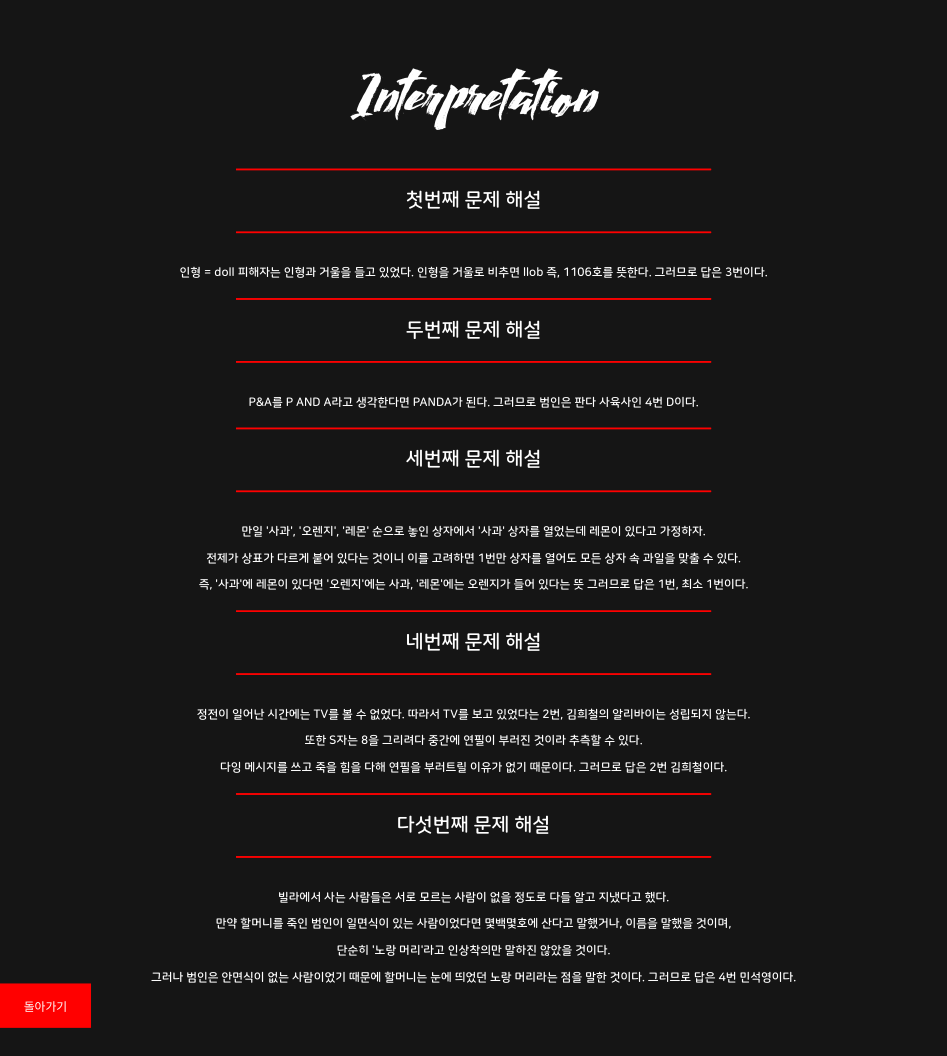
Repository: minkyung0421/Event_Project
Page: http://localhost/Event/inter.jsp
An editor plug-in stored every save of this project. The page is shown before and after the next save, followed by the edit.
The browser window is 1280 px wide. The pictures show the whole page, at 74% of full size.
The page is served by Tomcat 9.

Above is the page before, as saved 2018-09-04 20:00:08.

### Event_Project/Event/WebContent/inter.jsp
<%@ page language="java" contentType="text/html; charset=UTF-8"
    pageEncoding="UTF-8"%>
<!DOCTYPE html PUBLIC "-//W3C//DTD HTML 4.01 Transitional//EN" "http://www.w3.org/TR/html4/loose.dtd">
<html>
<head>
<meta http-equiv="Content-Type" content="text/html; charset=UTF-8">
<title>EVENT</title>
</head>
<style>
@font-face{
	font-family: 'Calligraphy Personal Use'; src:url('font/Calligraphy Personal Use.ttf');
}
@font-face{font-family:'NANUMSQUAREROUNDL'; src:url('font/NANUMSQUAREROUNDL.TTF')}
@font-face{font-family:'NANUMSQUAREROUNDB'; src:url('font/NANUMSQUAREROUNDB.TTF')}
body{
	margin:0px;
	padding:0px;
	font-family:'NANUMSQUAREROUNDB';
	background-color: #151515;
	color: white;
}
button{
  background:red;
  color:#fff;
  border:none;
  position:relative;
  margin-right: 3%;
  margin-bottom: 3%;
  height:60px;
  font-size:1em;
  padding:0 2em;
  cursor:pointer;
  transition:800ms ease all;
  outline:none;
}
button:hover{
  background:white;
  color:#151515;
}
button:before,button:after{
  content:'';
  position:absolute;
  top:0;
  right:0;
  height:2px;
  width:0;
  background: red;
  transition:400ms ease all;
}
button:after{
  right:inherit;
  top:inherit;
  left:0;
  bottom:0;
}
button:hover:before,button:hover:after{
  width:100%;
  transition:800ms ease all;
}

</style>
<body>
<center><div style = "font-family: Calligraphy Personal Use; font-size: 90pt; margin-top:5%">Interpretation</div></center>
<center>
		<br><br>
		<hr color="red" style = "width: 50%">
		<br>
		<div style = "font-size: 20pt;">첫번째 문제 해설</div>
		<br>
		<hr color="red" style = "width: 50%">
		<br>
		<br>
		인형 = doll 피해자는 인형과 거울을 들고 있었다. 인형을 거울로 비추면 llob 즉, 1106호를 뜻한다. 그러므로 답은 3번이다.

		<br><br>
		<hr color="red" style = "width: 50%">
		<br>
		<div style = "font-size: 20pt;">두번째 문제 해설</div>
		<br>
		<hr color="red" style = "width: 50%">
		<br>
		<br>
		P&A를 P AND A라고 생각한다면 PANDA가 된다. 그러므로 범인은 판다 사육사인 4번 D이다.

		<br><br>
		<hr color="red" style = "width: 50%">
		<br>
		<div style = "font-size: 20pt;">세번째 문제 해설</div>
		<br>
		<hr color="red" style = "width: 50%">
		<br>
		<br>
		만일 '사과', '오렌지', '레몬' 순으로 놓인 상자에서 '사과' 상자를 열었는데 레몬이 있다고 가정하자.<br><br>
		전제가 상표가 다르게 붙어 있다는 것이니 이를 고려하면 1번만 상자를 열어도 모든 상자 속 과일을 맞출 수 있다.<br><br>
		즉, '사과'에 레몬이 있다면 '오렌지'에는 사과, '레몬'에는 오렌지가 들어 있다는 뜻 그러므로 답은 1번, 최소 1번이다.

		<br><br>
		<hr color="red" style = "width: 50%">
		<br>
		<div style = "font-size: 20pt;">네번째 문제 해설</div>
		<br>
		<hr color="red" style = "width: 50%">
		<br>
		<br>
		정전이 일어난 시간에는 TV를 볼 수 없었다. 따라서 TV를 보고 있었다는 2번, 김희철의 알리바이는 성립되지 않는다.<br><br>
		또한 S자는 8을 그리려다 중간에 연필이 부러진 것이라 추측할 수 있다.<br><br>
		다잉 메시지를 쓰고 죽을 힘을 다해 연필을 부러트릴 이유가 없기 때문이다. 그러므로 답은 2번 김희철이다.

		<br><br>
		<hr color="red" style = "width: 50%">
		<br>
		<div style = "font-size: 20pt;">다섯번째 문제 해설</div>
		<br>
		<hr color="red" style = "width: 50%">
		<br>
		<br>
		빌라에서 사는 사람들은 서로 모르는 사람이 없을 정도로 다들 알고 지냈다고 했다.<br><br>
		만약 할머니를 죽인 범인이 일면식이 있는 사람이었다면 몇백몇호에 산다고 말했거나, 이름을 말했을 것이며,<br><br>
		단순히 '노랑 머리'라고 인상착의만 말하진 않았을 것이다.<br><br>
		그러나 범인은 안면식이 없는 사람이었기 때문에 할머니는 눈에 띄었던 노랑 머리라는 점을 말한 것이다. 그러므로 답은 4번 민석영이다.
</center>
<button name = "button" onClick='window.close()'>돌아가기</button>
</body>
</html>

After the next save:
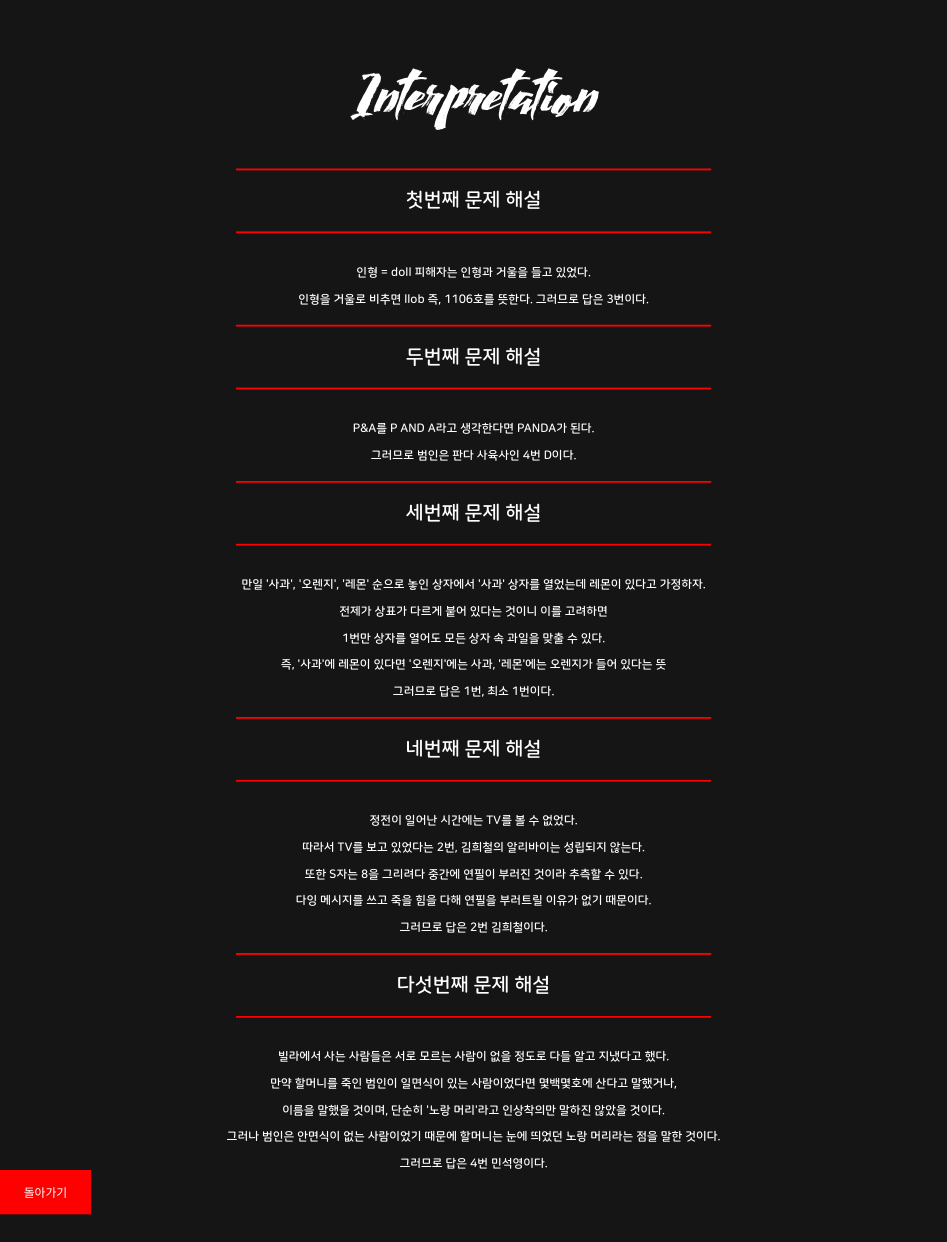
Saved 2 min 2 s later.
--- a/Event_Project/Event/WebContent/inter.jsp
+++ b/Event_Project/Event/WebContent/inter.jsp
@@ -70,7 +70,7 @@ button:hover:before,button:hover:after{
 		<hr color="red" style = "width: 50%">
 		<br>
 		<br>
-		인형 = doll 피해자는 인형과 거울을 들고 있었다. 인형을 거울로 비추면 llob 즉, 1106호를 뜻한다. 그러므로 답은 3번이다.
+		인형 = doll 피해자는 인형과 거울을 들고 있었다.<br><br> 인형을 거울로 비추면 llob 즉, 1106호를 뜻한다. 그러므로 답은 3번이다.
 
 		<br><br>
 		<hr color="red" style = "width: 50%">
@@ -80,7 +80,7 @@ button:hover:before,button:hover:after{
 		<hr color="red" style = "width: 50%">
 		<br>
 		<br>
-		P&A를 P AND A라고 생각한다면 PANDA가 된다. 그러므로 범인은 판다 사육사인 4번 D이다.
+		P&A를 P AND A라고 생각한다면 PANDA가 된다. <br><br>그러므로 범인은 판다 사육사인 4번 D이다.
 
 		<br><br>
 		<hr color="red" style = "width: 50%">
@@ -91,8 +91,8 @@ button:hover:before,button:hover:after{
 		<br>
 		<br>
 		만일 '사과', '오렌지', '레몬' 순으로 놓인 상자에서 '사과' 상자를 열었는데 레몬이 있다고 가정하자.<br><br>
-		전제가 상표가 다르게 붙어 있다는 것이니 이를 고려하면 1번만 상자를 열어도 모든 상자 속 과일을 맞출 수 있다.<br><br>
-		즉, '사과'에 레몬이 있다면 '오렌지'에는 사과, '레몬'에는 오렌지가 들어 있다는 뜻 그러므로 답은 1번, 최소 1번이다.
+		전제가 상표가 다르게 붙어 있다는 것이니 이를 고려하면 <br><br>1번만 상자를 열어도 모든 상자 속 과일을 맞출 수 있다.<br><br>
+		즉, '사과'에 레몬이 있다면 '오렌지'에는 사과, '레몬'에는 오렌지가 들어 있다는 뜻 <br><br>그러므로 답은 1번, 최소 1번이다.
 
 		<br><br>
 		<hr color="red" style = "width: 50%">
@@ -102,9 +102,9 @@ button:hover:before,button:hover:after{
 		<hr color="red" style = "width: 50%">
 		<br>
 		<br>
-		정전이 일어난 시간에는 TV를 볼 수 없었다. 따라서 TV를 보고 있었다는 2번, 김희철의 알리바이는 성립되지 않는다.<br><br>
+		정전이 일어난 시간에는 TV를 볼 수 없었다. <br><br>따라서 TV를 보고 있었다는 2번, 김희철의 알리바이는 성립되지 않는다.<br><br>
 		또한 S자는 8을 그리려다 중간에 연필이 부러진 것이라 추측할 수 있다.<br><br>
-		다잉 메시지를 쓰고 죽을 힘을 다해 연필을 부러트릴 이유가 없기 때문이다. 그러므로 답은 2번 김희철이다.
+		다잉 메시지를 쓰고 죽을 힘을 다해 연필을 부러트릴 이유가 없기 때문이다.<br><br> 그러므로 답은 2번 김희철이다.
 
 		<br><br>
 		<hr color="red" style = "width: 50%">
@@ -115,9 +115,9 @@ button:hover:before,button:hover:after{
 		<br>
 		<br>
 		빌라에서 사는 사람들은 서로 모르는 사람이 없을 정도로 다들 알고 지냈다고 했다.<br><br>
-		만약 할머니를 죽인 범인이 일면식이 있는 사람이었다면 몇백몇호에 산다고 말했거나, 이름을 말했을 것이며,<br><br>
+		만약 할머니를 죽인 범인이 일면식이 있는 사람이었다면 몇백몇호에 산다고 말했거나,<br><br> 이름을 말했을 것이며,
 		단순히 '노랑 머리'라고 인상착의만 말하진 않았을 것이다.<br><br>
-		그러나 범인은 안면식이 없는 사람이었기 때문에 할머니는 눈에 띄었던 노랑 머리라는 점을 말한 것이다. 그러므로 답은 4번 민석영이다.
+		그러나 범인은 안면식이 없는 사람이었기 때문에 할머니는 눈에 띄었던 노랑 머리라는 점을 말한 것이다. <br><br>그러므로 답은 4번 민석영이다.
 </center>
 <button name = "button" onClick='window.close()'>돌아가기</button>
 </body>
